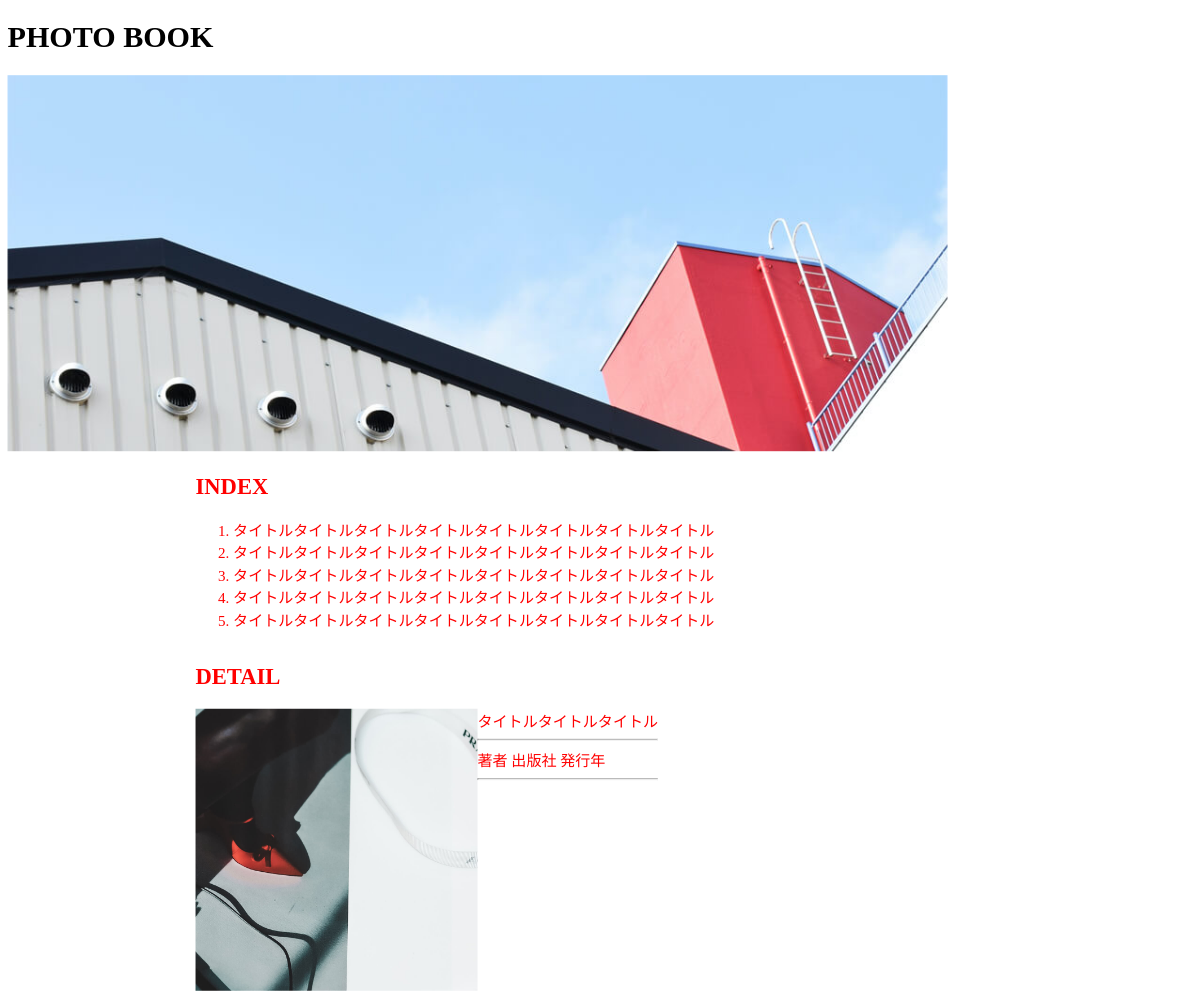
Repository: daytime/LP-study
Page: photo_book/index.html
An editor plug-in stored every save of this project. The page is shown before and after the next save, followed by the edit.
The browser window is 1280 px wide. The pictures show the whole page, at 94% of full size.

Above is the page before, as saved 2025-01-29 12:13:49.

### photo_book/index.html
<!DOCTYPE html>
<html lang="ja">
  <head>
    <meta charset="UTF-8" />
    <meta name="viewport" content="width=device-width, initial-scale=1.0" />
    <style>
      @import url(./style.css);
    </style>
    <title>PHOTO BOOK</title>
  </head>
  <body>
    <header>
      <h1>PHOTO BOOK</h1>
    </header>
    <img src="img/mainvisual.jpg" alt="ロゴ" />
    <aside>
      <section id="index">
        <div>
          <h2>INDEX</h2>
          <ol number="1">
            <li>
              タイトルタイトルタイトルタイトルタイトルタイトルタイトルタイトル
            </li>
            <li>
              タイトルタイトルタイトルタイトルタイトルタイトルタイトルタイトル
            </li>
            <li>
              タイトルタイトルタイトルタイトルタイトルタイトルタイトルタイトル
            </li>
            <li>
              タイトルタイトルタイトルタイトルタイトルタイトルタイトルタイトル
            </li>
            <li>
              タイトルタイトルタイトルタイトルタイトルタイトルタイトルタイトル
            </li>
          </ol>
        </div>
      </section>
      <section id="detail">
        <div>
          <h2>DETAIL</h2>
          <div>
            <div class="fully">
              <img class="img" src="img/detail.jpg" alt="絵" />
              <div>
                タイトルタイトルタイトル
                <hr />
                著者 出版社 発行年
                <hr />
              </div>
            </div>
          </div>
        </div>
      </section>
    </aside>
  </body>
</html>

### photo_book/style.css
#index {
  color: red;
  margin-left: 200px;
  display: flex;
  flex-direction: column;
}

.h2 {
}

.img {
  width: 300px;
}

#detail {
  color: red;
  margin-left: 200px;
  display: flex;
  flex-direction: row;
}

.detail {
  display: flex;
  flex-direction: column;
}

.fully {
  display: flex;
  flex-direction: row;
}

After the next save:
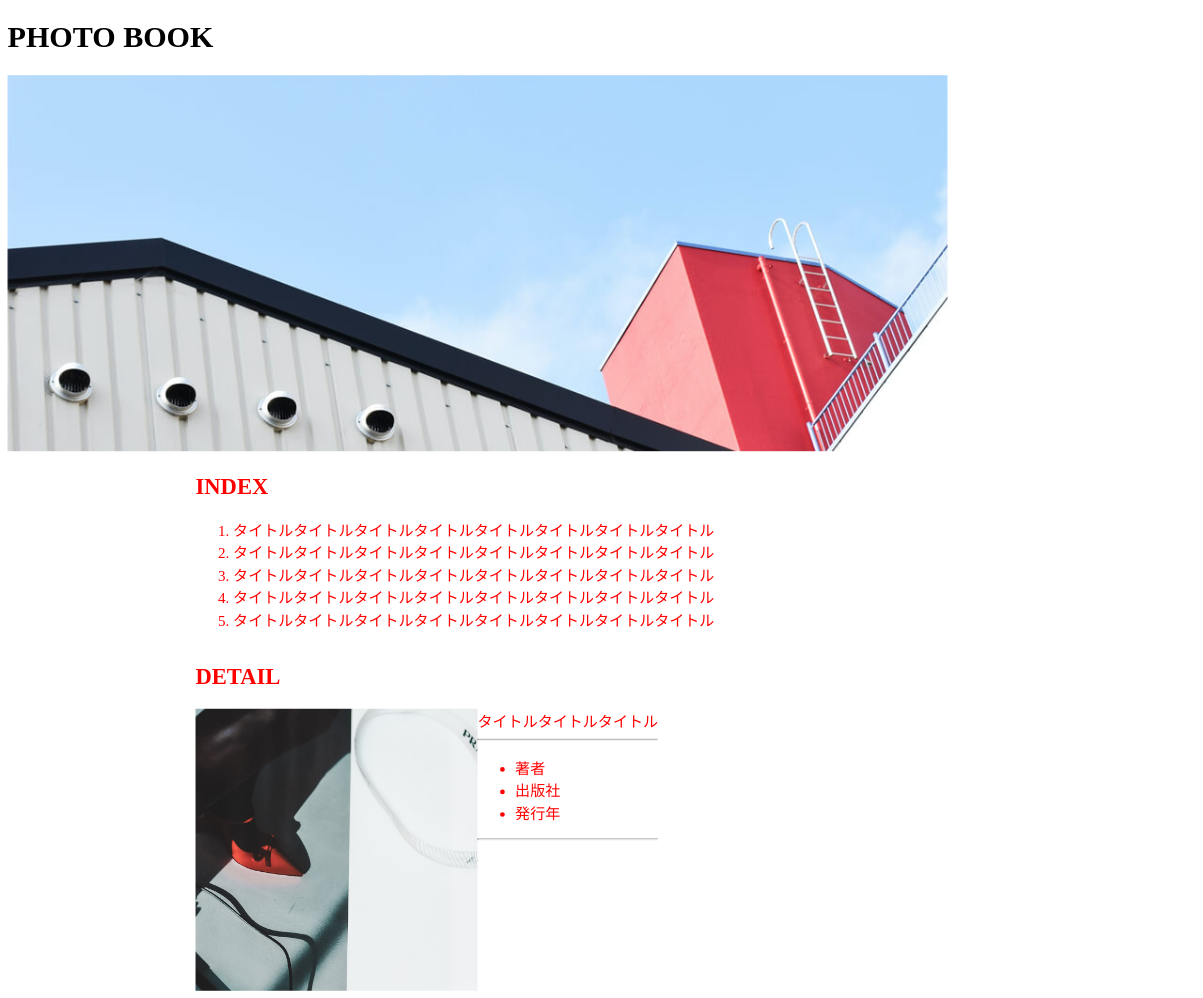
Saved 109 s later.
--- a/photo_book/index.html
+++ b/photo_book/index.html
@@ -45,7 +45,11 @@
               <div>
                 タイトルタイトルタイトル
                 <hr />
-                著者 出版社 発行年
+                <ul>
+                  <li>著者</li>
+                  <li>出版社</li>
+                  <li>発行年</li>
+                </ul>
                 <hr />
               </div>
             </div>
